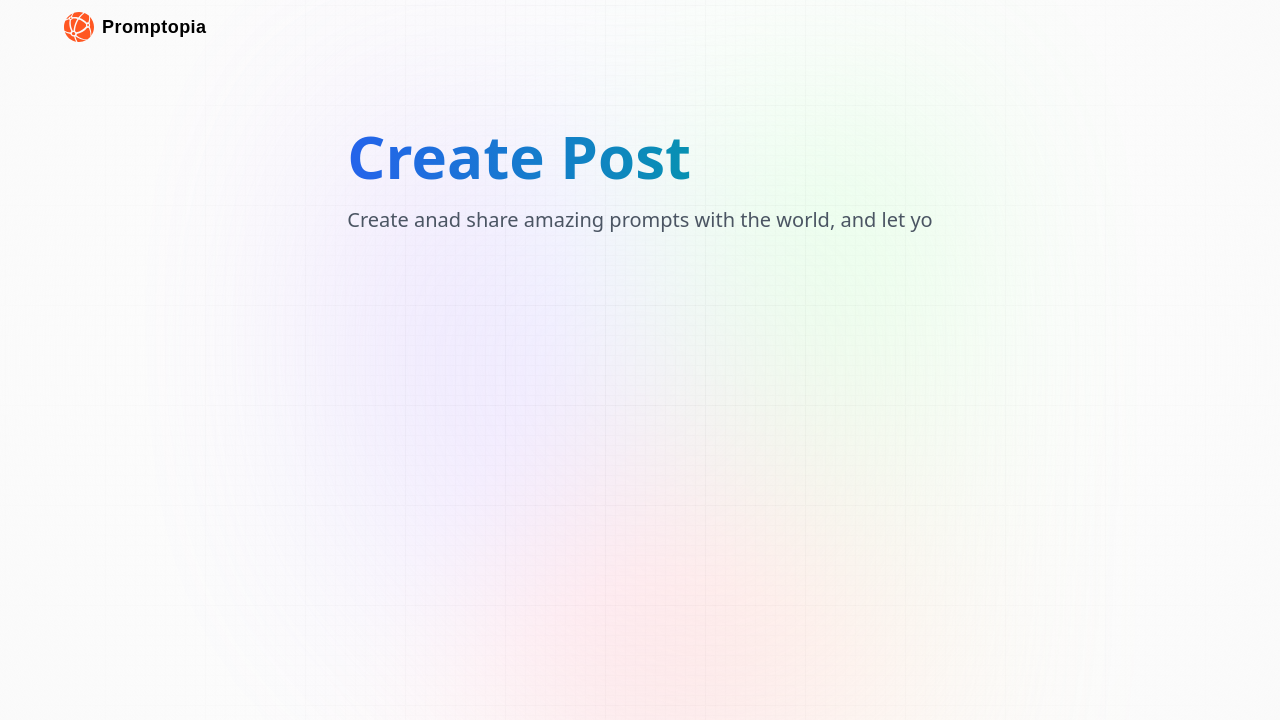
Repository: shraddesh123/promptAI
Page: /create-prompt
An editor plug-in stored every save of this project. The page is shown before and after the next save, followed by the edit.
The browser window is 1280 px wide. The pictures show the whole page.
The page's requests for data from a server got no answer. The project was rebuilt for these pictures with package versions that can differ from the ones it lists, and the page was loaded fresh each time. The framework's server and built-in components were replaced by stand-ins that run in the browser. No one was signed in, and anything a server would have sent is missing. Also part of the build but not shown: next.config.mjs.

Above is the page before, as saved 2024-08-02 18:15:48.

### app/layout.jsx

import "@styles/global.css";
import Nav from "@components/Nav";
import Provider from "@components/Provider";


export const metadata = {
    title: "Promptopia",
    description: "Discover & Share AI Prompts",
};
//we did not returning anything like other components
const RootLayout = ({ children }) => (
    <html lang='en'>
        <body>
            <Provider>
                <div className='main'>
                    <div className='gradient' />
                </div>
                <main className='app'>
                    <Nav />
                    {children}
                </main>
            </Provider>
        </body>
    </html>
);

export default RootLayout;

### app/create-prompt/page.jsx
"use client";
import { useState } from "react"
import { useSession } from "next-auth/react";
import { useRouter } from "next/router";

import Form from "@components/Form";


const CreatePrompt = () => {
    const [Submitting, setSubmitting] = useState(false);
    const [Post, setPost] = useState({
        prompt: '',
        tag: '',
    });
    const createPrompt = async (e) => {

    }
    return (
        <div>
            <Form
                type="Create"
                post={Post}
                setPost={setPost}
                Submitting={Submitting}
                handleSubmit={createPrompt}
            />
        </div>
    )
}

export default CreatePrompt

### styles/global.css
@import url("https://fonts.googleapis.com/css2?family=Inter:wght@100;200;300;400;500;600;700;800;900&display=swap");

@tailwind base;
@tailwind components;
@tailwind utilities;

/*
  Note: The styles for this gradient grid background is heavily inspired by the creator of this amazing site (https://dub.sh) – all credits go to them!
*/

.main {
  width: 100vw;
  min-height: 100vh;
  position: fixed;
  display: flex;
  justify-content: center;
  padding: 120px 24px 160px 24px;
  pointer-events: none;
}

.main:before {
  background: radial-gradient(circle, rgba(2, 0, 36, 0) 0, #fafafa 100%);
  position: absolute;
  content: "";
  z-index: 2;
  width: 100%;
  height: 100%;
  top: 0;
}

.main:after {
  content: "";
  background-image: url("/assets/images/grid.svg");
  z-index: 1;
  position: absolute;
  width: 100%;
  height: 100%;
  top: 0;
  opacity: 0.4;
  filter: invert(1);
}

.gradient {
  height: fit-content;
  z-index: 3;
  width: 100%;
  max-width: 640px;
  background-image: radial-gradient(
      at 27% 37%,
      hsla(215, 98%, 61%, 1) 0px,
      transparent 0%
    ),
    radial-gradient(at 97% 21%, hsla(125, 98%, 72%, 1) 0px, transparent 50%),
    radial-gradient(at 52% 99%, hsla(354, 98%, 61%, 1) 0px, transparent 50%),
    radial-gradient(at 10% 29%, hsla(256, 96%, 67%, 1) 0px, transparent 50%),
    radial-gradient(at 97% 96%, hsla(38, 60%, 74%, 1) 0px, transparent 50%),
    radial-gradient(at 33% 50%, hsla(222, 67%, 73%, 1) 0px, transparent 50%),
    radial-gradient(at 79% 53%, hsla(343, 68%, 79%, 1) 0px, transparent 50%);
  position: absolute;
  content: "";
  width: 100%;
  height: 100%;
  filter: blur(100px) saturate(150%);
  top: 80px;
  opacity: 0.15;
}

@media screen and (max-width: 640px) {
  .main {
    padding: 0;
  }
}

/* Tailwind Styles */

.app {
  @apply relative z-10 flex justify-center items-center flex-col max-w-7xl mx-auto sm:px-16 px-6;
}

.black_btn {
  @apply rounded-full border border-black bg-red-500 py-1.5 px-5 text-white transition-all hover:bg-white hover:text-black text-center text-sm font-inter flex items-center justify-center;
}

.outline_btn {
  @apply rounded-full border border-black bg-transparent py-1.5 px-5 text-black transition-all hover:bg-black hover:text-white text-center text-sm font-inter flex items-center justify-center;
}

.head_text {
  @apply mt-5 text-5xl font-extrabold leading-[1.15] text-black sm:text-6xl;
}

.orange_gradient {
  @apply bg-gradient-to-r from-amber-500 via-orange-600 to-yellow-500 bg-clip-text text-transparent;
}

.green_gradient {
  @apply bg-gradient-to-r from-green-400 to-green-500 bg-clip-text text-transparent;
}

.blue_gradient {
  @apply bg-gradient-to-r from-blue-600 to-cyan-600 bg-clip-text text-transparent;
}

.desc {
  @apply mt-5 text-lg text-gray-600 sm:text-xl max-w-2xl;
}

.search_input {
  @apply block w-full rounded-md border border-gray-200 bg-white py-2.5 font-satoshi pl-5 pr-12 text-sm shadow-lg font-medium focus:border-black focus:outline-none focus:ring-0;
}

.copy_btn {
  @apply w-7 h-7 rounded-full bg-white/10 shadow-[inset_10px_-50px_94px_0_rgb(199,199,199,0.2)] backdrop-blur flex justify-center items-center cursor-pointer;
}

.glassmorphism {
  @apply rounded-xl border border-gray-200 bg-white/20 shadow-[inset_10px_-50px_94px_0_rgb(199,199,199,0.2)] backdrop-blur p-5;
}

.prompt_layout {
  @apply space-y-6 py-8 sm:columns-2 sm:gap-6 xl:columns-3;
}

/* Feed Component */
.feed {
  @apply mt-16 mx-auto w-full max-w-xl flex justify-center items-center flex-col gap-2;
}

/* Form Component */
.form_textarea {
  @apply w-full flex rounded-lg h-[200px] mt-2 p-3 text-sm text-gray-500 outline-0;
}

.form_input {
  @apply w-full flex rounded-lg mt-2 p-3 text-sm text-gray-500 outline-0;
}

/* Nav Component */
.logo_text {
  @apply max-sm:hidden font-satoshi font-semibold text-lg text-black tracking-wide;
}

.dropdown {
  @apply absolute right-0 top-full mt-3 w-full p-5 rounded-lg bg-white min-w-[210px] flex flex-col gap-2 justify-end items-end;
}

.dropdown_link {
  @apply text-sm font-inter text-gray-700 hover:text-gray-500 font-medium;
}

/* PromptCard Component */
.prompt_card {
  @apply flex-1 break-inside-avoid rounded-lg border border-gray-300 bg-white/20 bg-clip-padding p-6 pb-4 backdrop-blur-lg backdrop-filter md:w-[360px] w-full h-fit;
}

.flex-center {
  @apply flex justify-center items-center;
}

.flex-start {
  @apply flex justify-start items-start;
}

.flex-end {
  @apply flex justify-end items-center;
}

.flex-between {
  @apply flex justify-between items-center;
}

### components/Nav.jsx
"use client";
import Link from "next/link"
import Image from "next/image"
import { useState, useEffect } from "react"
import { signIn, signOut, useSession, getProviders } from 'next-auth/react'


const Nav = () => {

    const { data: session } = useSession();
    const [providers, setProviders] = useState(null);
    const [toggleDropdown, setToggleDropdown] = useState(false);

    useEffect(() => {//functional component to fetch the available authentication providers from the next-auth library
        const setUpProviders = async () => {
            const res = await getProviders();//the getProviders function is called and the result is stored in the res variable.
            setProviders(res);
            // The setProviders function is then called with the res variable to update the providers state variable.
        }
        setUpProviders();
    }, []);


    return (
        <nav className="flex-between w-full mb-16 pt-3">
            <Link
                href="/"
                className="flex gap-2 flex-center">

                <Image
                    src="/assets/images/logo.svg"
                    width={30}
                    height={30}
                    className="object-contain"
                    alt="logo"
                />

                <p className="logo_text">Promptopia</p>

            </Link>
            {/*desktop navigation*/}
            <div className="sm:flex hidden">
                {session?.user ? (
                    <div className="flex gap-3 md:gap-5">
                        <Link
                            href="/create-prompt"
                            className="black_btn"
                        >
                            Create Post
                        </Link>
                        <button
                            type="button"
                            onClick={signOut}
                            className="outline_btn">
                            Sign Out
                        </button>
                        <Link href="/profile">
                            <Image
                                src={session?.user.image}
                                width={37}
                                height={37}
                                className="rounded-full"
                                alt="profile"
                            />
                        </Link>
                    </div>
                ) : (
                    <>
                        {providers &&
                            Object.values(providers).map((provider) => (
                                <button
                                    type='button'
                                    key={provider.name}
                                    onClick={() => {
                                        signIn(provider.id);
                                    }}
                                    className='black_btn'
                                >
                                    Sign In
                                </button>
                            ))}
                    </>
                )}
            </div>
            {/*mobile navigation*/}
            <div className="sm:hidden flex relative">
                {session?.user ? (
                    <div className="flex">
                        <Image
                            src={session?.user.image}
                            width={30}
                            height={30}
                            className="object-contain cursor-pointer"
                            alt="profile"
                            onClick={() => setToggleDropdown(!toggleDropdown)}//prev is a reference to the previous value of the toggleDropdown state variable.!prev expression is used to toggle the value of prev. If prev is true, !prev will be false, and vice versa.
                        />
                        {toggleDropdown && (
                            <div className="dropdown">
                                <Link
                                    href='/profile'
                                    className='dropdown_link'
                                    onClick={() => setToggleDropdown(false)}
                                >
                                    My Profile
                                </Link>
                                <Link
                                    href='/create-prompt'
                                    className='dropdown_link'
                                    onClick={() => setToggleDropdown(false)}
                                >
                                    Create Post
                                </Link>
                                <button
                                    type="button"
                                    onClick={() => {
                                        setToggleDropdown(false);
                                        signOut();
                                    }}
                                    className="mt-5 w-full black_btn"
                                >
                                    Sign Out
                                </button>
                            </div>
                        )}
                    </div>
                )
                    :
                    (
                        <>
                            {providers &&
                                Object.values(providers).map((provider) => (
                                    <button
                                        type='button'
                                        key={provider.name}
                                        onClick={() => {
                                            signIn(provider.id);
                                        }}
                                        className='black_btn'
                                    >
                                        Sign in
                                    </button>
                                ))}
                        </>
                    )}
            </div>
        </nav>
    )
}

export default Nav

### components/Provider.jsx
"use client";
import { SessionProvider } from 'next-auth/react'

const Provider = ({ children, session }) => {

  return (
    <SessionProvider session={session}>
      {children}
    </SessionProvider>
  )
}

export default Provider

### components/Form.jsx
import Link from "next/link"

const Form = ({ type, post, setPost, Submitting, handleSubmit }) => {
  return (
    <section className="w-full max-w-full flex-start flex-col">
      <h1 className="head_text text-left"> <span className="blue_gradient">{type} Post</span></h1>
      <p className="desc text-left max-w-md">
          {type} anad share amazing prompts with the world, and let yo
      </p>
    </section>
  )
}

export default Form

Loaded but not shown: tailwind.config.js (common file)

After the next save:
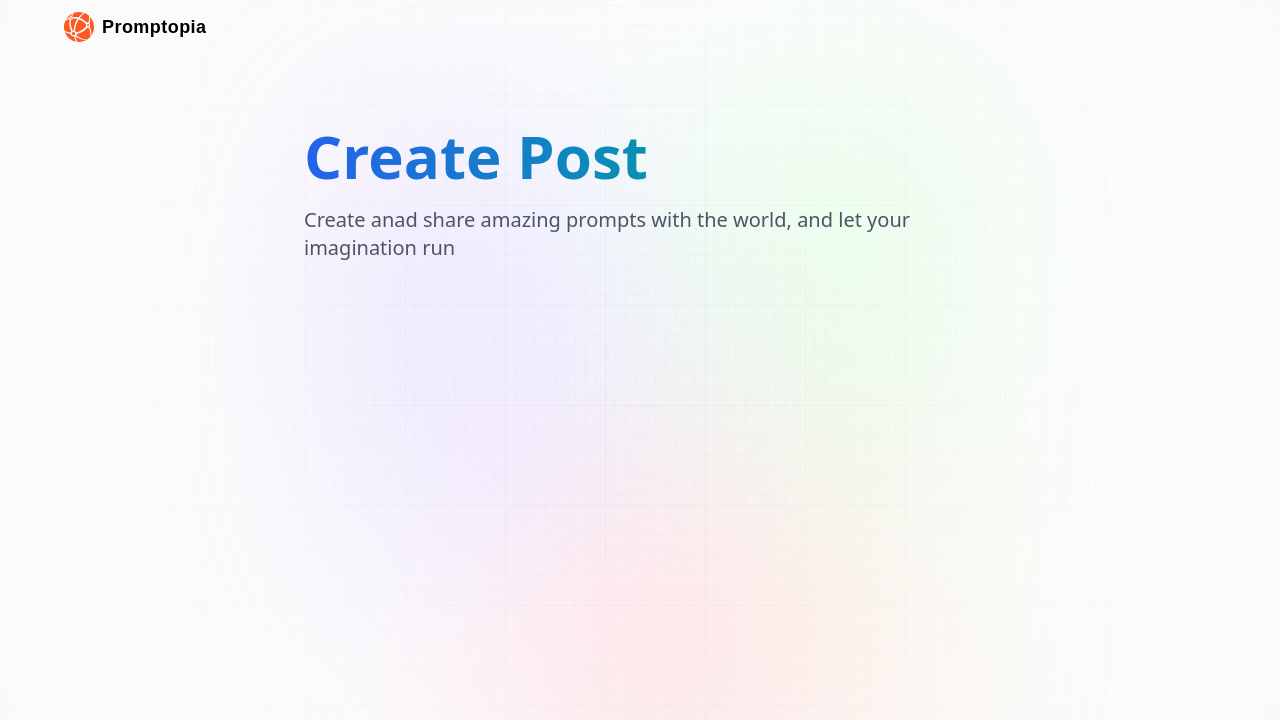
Saved 6 s later.
--- a/components/Form.jsx
+++ b/components/Form.jsx
@@ -5,7 +5,7 @@ const Form = ({ type, post, setPost, Submitting, handleSubmit }) => {
     <section className="w-full max-w-full flex-start flex-col">
       <h1 className="head_text text-left"> <span className="blue_gradient">{type} Post</span></h1>
       <p className="desc text-left max-w-md">
-          {type} anad share amazing prompts with the world, and let yo
+          {type} anad share amazing prompts with the world, and let your imagination run
       </p>
     </section>
   )
